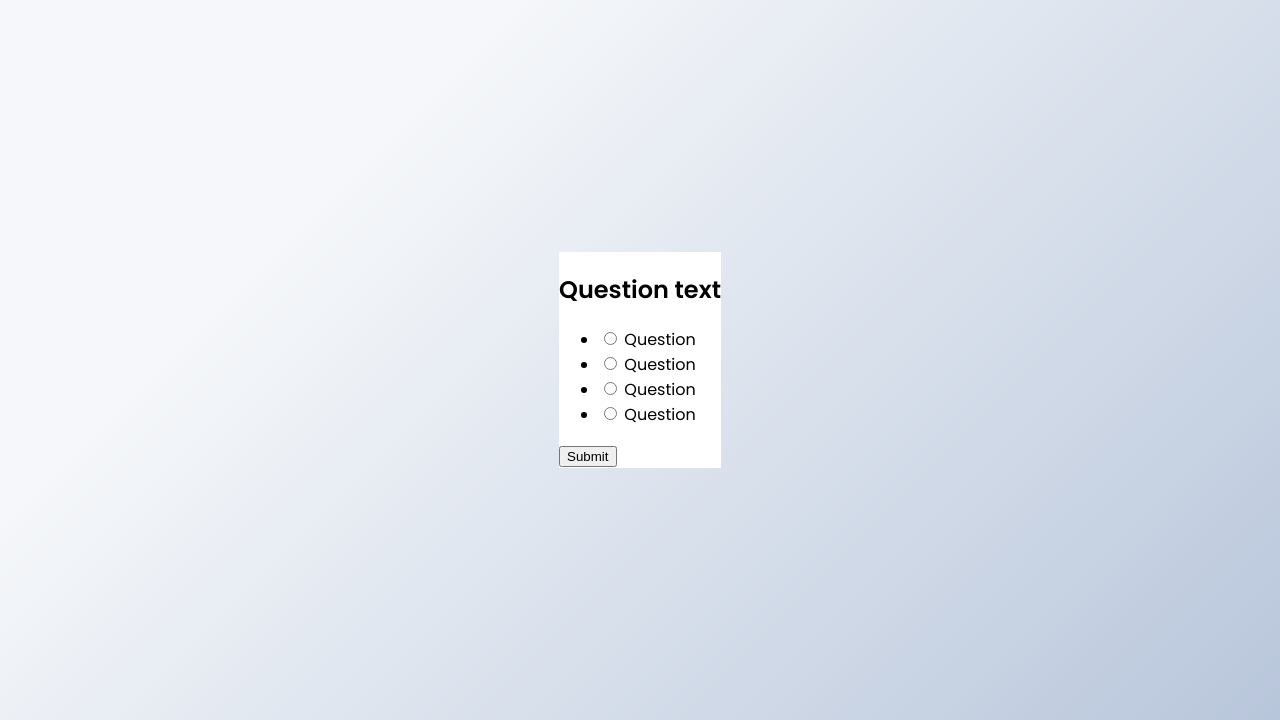
Repository: kate30980/projects-js-practice
Page: quiz-app/index.html
An editor plug-in stored every save of this project. The page is shown before and after the next save, followed by the edit.
The browser window is 1280 px wide. The pictures show the whole page.

Above is the page before, as saved 2021-09-05 21:57:41.

After the next save:
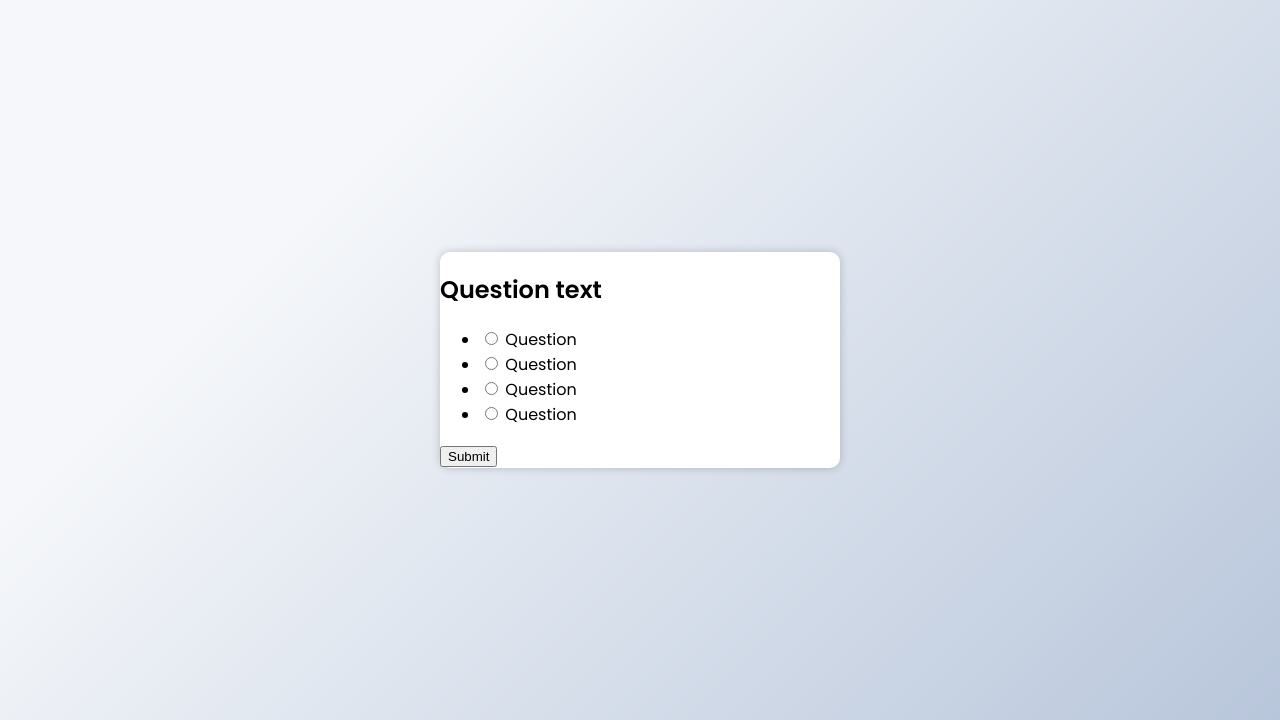
Saved 48 s later.
--- a/quiz-app/style.css
+++ b/quiz-app/style.css
@@ -19,4 +19,7 @@ body {
 
 .quiz-container{
     background-color: #fff;
+    width: 400px;
+    border-radius: 10px;
+    box-shadow: rgba(0, 0, 0, 0.2) 0px 0 10px;
 }
